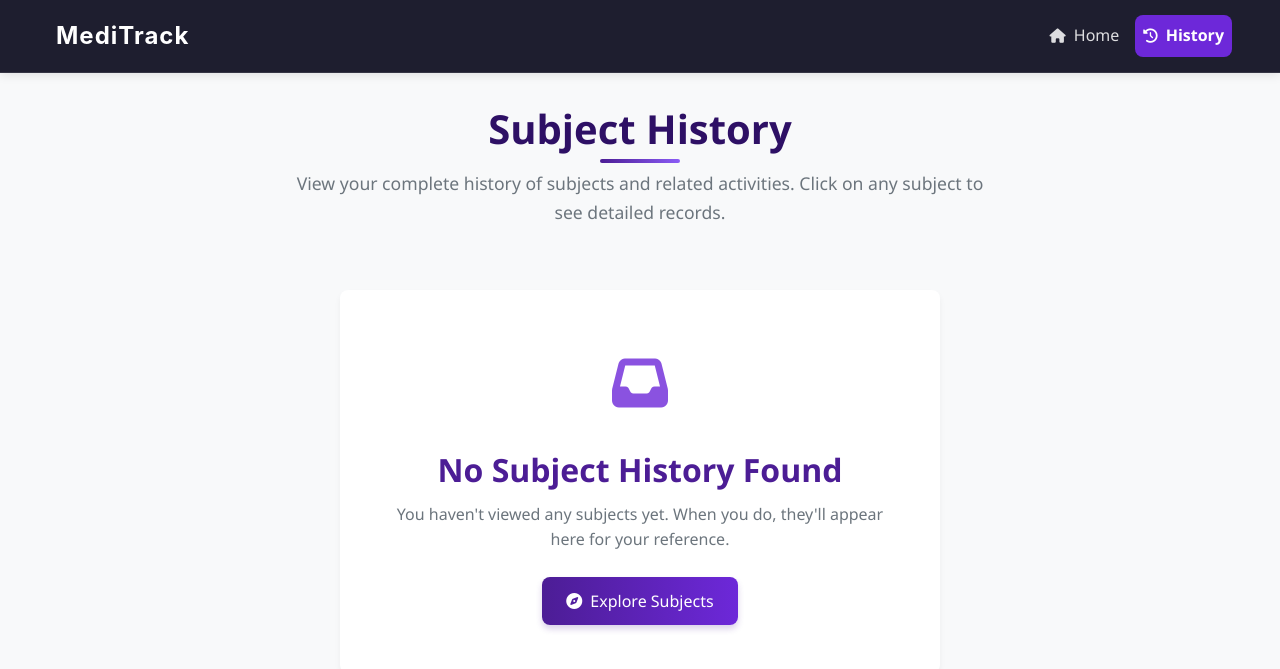
Repository: krishgobi/MedicoApp
Page: templates/subject_history.html
The author's editor kept a copy of each file at every save. The page is drawn from the files as they stood at one save, then again after the next save.
The browser window is 1280 px wide. The pictures show the whole page.
The page is served by the project's application, run on Flask 3 (chatbot_gemini_backend.py). The template is opened directly, without the code that normally fills it, so the values that code supplies are empty.

Above is the page before, as saved 2025-06-24 19:39:53.

### templates/subject_history.html
<!DOCTYPE html>
<html lang="en">
<head>
    <meta charset="UTF-8">
    <meta name="viewport" content="width=device-width, initial-scale=1.0">
    <title>Subject History</title>
    <!-- Bootstrap 5 CSS -->
    <link href="https://cdn.jsdelivr.net/npm/bootstrap@5.3.0-alpha1/dist/css/bootstrap.min.css" rel="stylesheet">
    <!-- Font Awesome -->
    <link rel="stylesheet" href="https://cdnjs.cloudflare.com/ajax/libs/font-awesome/6.4.0/css/all.min.css">
    <!-- Custom CSS -->
    <style>
        :root {
            --primary: #4c1d95;
            --primary-light: #6d28d9;
            --primary-lighter: #8b5cf6;
            --primary-dark: #2e1065;
            --secondary: #f0f2f5;
            --secondary-dark: #e2e6ea;
            --dark: #1e1e2f;
            --dark-light: #2d2d42;
            --light: #ffffff;
            --gray: #6c757d;
            --gray-light: #adb5bd;
            --success: #28a745;
            --info: #17a2b8;
            --border-radius: 0.5rem;
            --box-shadow: 0 4px 6px rgba(0, 0, 0, 0.05);
            --box-shadow-hover: 0 10px 15px rgba(0, 0, 0, 0.1);
            --transition: all 0.2s ease-in-out;
        }

        body {
            font-family: 'Segoe UI', 'Inter', -apple-system, BlinkMacSystemFont, sans-serif;
            background-color: #f8f9fa;
            color: #212529;
            line-height: 1.6;
        }

        /* Top Navigation - Modern Design */
        .top-navbar {
            background-color: var(--dark);
            color: white;
            padding: 0.75rem 2rem;
            position: sticky;
            top: 0;
            z-index: 1000;
            box-shadow: 0 2px 10px rgba(0, 0, 0, 0.1);
            border-bottom: 1px solid rgba(255, 255, 255, 0.1);
        }

        .navbar-brand {
            font-weight: 700;
            font-size: 1.25rem;
            display: flex;
            align-items: center;
            transition: var(--transition);
            font-family: 'Inter', 'Roboto', 'Segoe UI', -apple-system, BlinkMacSystemFont, sans-serif;
            letter-spacing: 1px;
        }

        .navbar-brand:hover {
            opacity: 0.9;
        }

        .navbar-brand i {
            margin-right: 0.75rem;
            color: var(--primary-lighter);
        }

        .nav-link {
            color: rgba(255, 255, 255, 0.85);
            padding: 0.5rem 1.25rem;
            font-weight: 500;
            border-radius: var(--border-radius);
            transition: var(--transition);
            display: flex;
            align-items: center;
            margin: 0 0.25rem;
        }

        .nav-link i {
            margin-right: 0.5rem;
            font-size: 0.9em;
        }

        .nav-link:hover {
            color: white;
            background-color: rgba(255, 255, 255, 0.1);
        }

        .nav-link.active {
            color: white;
            background-color: var(--primary-light);
            font-weight: 600;
        }

        /* Main Content - Modern Layout */
        .main-content {
            padding: 2rem;
            max-width: 1400px;
            margin: 0 auto;
        }

        /* Page Header - Modern Design */
        .page-header {
            text-align: center;
            margin-bottom: 3rem;
            position: relative;
            padding-bottom: 1rem;
        }

        .page-header h1 {
            font-weight: 700;
            color: var(--primary-dark);
            margin-bottom: 1rem;
            position: relative;
            display: inline-block;
        }

        .page-header h1::after {
            content: '';
            position: absolute;
            bottom: -10px;
            left: 50%;
            transform: translateX(-50%);
            width: 80px;
            height: 4px;
            background: linear-gradient(90deg, var(--primary) 0%, var(--primary-lighter) 100%);
            border-radius: 2px;
        }

        .page-header p {
            color: var(--gray);
            font-size: 1.1rem;
            max-width: 700px;
            margin: 0 auto;
        }

        /* Subject Cards - Modern Card Design */
        .subject-card {
            border: none;
            border-radius: var(--border-radius);
            box-shadow: var(--box-shadow);
            transition: var(--transition);
            background: var(--light);
            overflow: hidden;
            height: 100%;
            display: flex;
            flex-direction: column;
            border-left: 4px solid var(--primary);
        }

        .subject-card:hover {
            transform: translateY(-5px);
            box-shadow: var(--box-shadow-hover);
            border-left-color: var(--primary-light);
        }

        .subject-card-body {
            padding: 1.5rem;
            flex: 1;
        }

        .subject-name {
            color: var(--primary);
            font-weight: 700;
            margin-bottom: 1rem;
            font-size: 1.25rem;
        }

        .subject-name a {
            color: inherit;
            text-decoration: none;
            transition: var(--transition);
            display: inline-block;
        }

        .subject-name a:hover {
            color: var(--primary-light);
            transform: translateX(5px);
        }

        .subject-detail {
            color: var(--gray);
            font-size: 0.9rem;
            margin-bottom: 0.75rem;
            display: flex;
            align-items: flex-start;
        }

        .subject-detail strong {
            color: var(--dark);
            min-width: 90px;
            display: inline-block;
        }

        .subject-detail i {
            margin-right: 0.5rem;
            color: var(--primary-light);
            width: 16px;
            text-align: center;
        }

        .subject-meta {
            display: flex;
            align-items: center;
            margin-top: 1.5rem;
            padding-top: 1rem;
            border-top: 1px solid var(--secondary-dark);
            color: var(--gray);
            font-size: 0.85rem;
        }

        .subject-meta i {
            margin-right: 0.5rem;
            color: var(--primary-light);
        }

        /* No Records - Modern Empty State */
        .no-records {
            text-align: center;
            padding: 3rem;
            background-color: white;
            border-radius: var(--border-radius);
            box-shadow: var(--box-shadow);
            max-width: 600px;
            margin: 0 auto;
        }

        .no-records-icon {
            font-size: 3.5rem;
            color: var(--primary-light);
            margin-bottom: 1.5rem;
            opacity: 0.8;
        }

        .no-records h2 {
            font-weight: 600;
            color: var(--primary);
            margin-bottom: 0.75rem;
        }

        .no-records p {
            color: var(--gray);
            margin: 0 auto 1.5rem;
        }

        .btn-explore {
            background: linear-gradient(90deg, var(--primary) 0%, var(--primary-light) 100%);
            color: white;
            font-weight: 500;
            padding: 0.75rem 1.5rem;
            border: none;
            border-radius: var(--border-radius);
            transition: var(--transition);
            display: inline-flex;
            align-items: center;
            box-shadow: 0 4px 6px rgba(76, 29, 149, 0.2);
        }

        .btn-explore:hover {
            transform: translateY(-2px);
            box-shadow: 0 6px 12px rgba(76, 29, 149, 0.25);
        }

        .btn-explore i {
            margin-right: 0.5rem;
        }

        /* Animation */
        @keyframes fadeIn {
            from { opacity: 0; transform: translateY(10px); }
            to { opacity: 1; transform: translateY(0); }
        }

        .fade-in {
            animation: fadeIn 0.4s ease-out;
        }

        /* Responsive */
        @media (max-width: 992px) {
            .main-content {
                padding: 1.5rem;
            }

            .top-navbar {
                padding: 0.75rem 1rem;
            }
        }

        @media (max-width: 768px) {
            .main-content {
                padding: 1rem;
            }

            .page-header {
                margin-bottom: 2rem;
            }

            .page-header h1 {
                font-size: 1.75rem;
            }

            .no-records {
                padding: 2rem 1rem;
            }

            .nav-link {
                padding: 0.5rem;
                margin: 0.25rem 0;
            }
        }

        /* Custom Scrollbar */
        ::-webkit-scrollbar {
            width: 8px;
            height: 8px;
        }

        ::-webkit-scrollbar-track {
            background: var(--secondary);
            border-radius: 10px;
        }

        ::-webkit-scrollbar-thumb {
            background: var(--primary-light);
            border-radius: 10px;
        }

        ::-webkit-scrollbar-thumb:hover {
            background: var(--primary);
        }

        .sidebar-brand, .navbar-brand, .sidebar-header h2 {
            font-family: 'Inter', 'Roboto', 'Segoe UI', -apple-system, BlinkMacSystemFont, sans-serif;
            font-size: 1.5rem;
            font-weight: 700;
            letter-spacing: 1px;
            color: white;
            display: flex;
            align-items: center;
        }
    </style>
</head>
<body>
    <!-- Top Navigation - Modern Design -->
    <nav class="top-navbar navbar navbar-expand-lg navbar-dark">
        <div class="container-fluid">
            <a class="navbar-brand" href="#">
                <i class="fas heartbeat"></i>MediTrack
            </a>
            <button class="navbar-toggler" type="button" data-bs-toggle="collapse" data-bs-target="#navbarNav">
                <span class="navbar-toggler-icon"></span>
            </button>
            <div class="collapse navbar-collapse" id="navbarNav">
                <ul class="navbar-nav ms-auto">
                    <li class="nav-item">
                        <a class="nav-link" href="{{url_for('dashboard')}}">
                            <i class="fas fa-home"></i> Home
                        </a>
                    </li>
                    <li class="nav-item">
                        <a class="nav-link active" href="{{ url_for('subject_history_page') }}">
                            <i class="fas fa-history"></i> History
                        </a>
                    </li>
                </ul>
            </div>
        </div>
    </nav>

    <!-- Main Content -->
    <div class="main-content">
        <div class="container">
            <!-- Page Header -->
            <div class="page-header fade-in">
                <h1>Subject History</h1>
                <p>View your complete history of subjects and related activities. Click on any subject to see detailed records.</p>
            </div>

            <!-- Subject Grid -->
            {% if subjects %}
                <div class="row g-4">
                    {% for subject in subjects %}
                    <div class="col-md-6 col-lg-4 fade-in" style="animation-delay: {{ loop.index * 0.1 }}s">
                        <div class="subject-card">
                            <div class="subject-card-body">
                                <h3 class="subject-name">
                                    <a href="{{ url_for('view_subject_details', subject_name=subject.namesub) }}">
                                        {{ subject.namesub }}
                                    </a>
                                </h3>
                                <p class="subject-detail">
                                    <strong><i class="fas fa-user-md"></i>Staff:</strong>
                                    <span>{{ subject.staffname }}</span>
                                </p>
                                <p class="subject-detail">
                                    <strong><i class="fas fa-calendar-day"></i>Exam Date:</strong>
                                    <span>{{ subject.examdate }}</span>
                                </p>
                                <p class="subject-detail">
                                    <strong><i class="fas fa-sticky-note"></i>Notes:</strong>
                                    <span>{{ subject.note|truncate(50) }}</span>
                                </p>

                                <div class="subject-meta">
                                    <i class="fas fa-clock"></i>
                                    <span>Last updated: {{ subject.last_updated|default('Recently', true) }}</span>
                                </div>
                            </div>
                        </div>
                    </div>
                    {% endfor %}
                </div>
            {% else %}
                <!-- No Records -->
                <div class="no-records fade-in">
                    <div class="no-records-icon">
                        <i class="fas fa-inbox"></i>
                    </div>
                    <h2>No Subject History Found</h2>
                    <p>You haven't viewed any subjects yet. When you do, they'll appear here for your reference.</p>
                    <a href="{{url_for('dashboard')}}" class="btn btn-explore">
                        <i class="fas fa-compass"></i> Explore Subjects
                    </a>
                </div>
            {% endif %}
        </div>
    </div>

    <!-- Bootstrap JS Bundle with Popper -->
    <script src="https://cdn.jsdelivr.net/npm/bootstrap@5.3.0-alpha1/dist/js/bootstrap.bundle.min.js"></script>

    <script>
        // Initialize tooltips
        const tooltipTriggerList = [].slice.call(document.querySelectorAll('[data-bs-toggle="tooltip"]'));
        tooltipTriggerList.map(function (tooltipTriggerEl) {
            return new bootstrap.Tooltip(tooltipTriggerEl);
        });

        // Add animation class to cards as they come into view
        document.addEventListener('DOMContentLoaded', function() {
            const cards = document.querySelectorAll('.subject-card');

            const observer = new IntersectionObserver((entries) => {
                entries.forEach(entry => {
                    if (entry.isIntersecting) {
                        entry.target.classList.add('fade-in');
                        observer.unobserve(entry.target);
                    }
                });
            }, { threshold: 0.1 });

            cards.forEach(card => {
                observer.observe(card);
            });
        });
    </script>
</body>
</html>

### chatbot_gemini_backend.py
import os
from flask import Flask, request, jsonify
import requests

app = Flask(__name__)
GEMINI_API_KEY = "AIzaSyABcdZqp5FYzjKqQYEJc234YDbd123Uxa8"
GEMINI_API_URL = "https://aistudio.google.com/apikey"

@app.route('/chatbot-gemini', methods=['POST'])
def chatbot_gemini():
    data = request.json
    user_message = data.get('message', '')
    project_context = data.get('context', '')
    prompt = f"User: {user_message}\nProject Data: {project_context}\nAssistant:"
    payload = {
        "contents": [{"parts": [{"text": prompt}]}]
    }
    try:
        resp = requests.post(GEMINI_API_URL, json=payload)
        resp.raise_for_status()
        gemini_reply = resp.json()['candidates'][0]['content']['parts'][0]['text']
        return jsonify({"reply": gemini_reply})
    except Exception as e:
        return jsonify({"reply": "Sorry, I couldn't reach Gemini API. (" + str(e) + ")"}), 500

if __name__ == '__main__':
    app.run(debug=True)

After the next save:
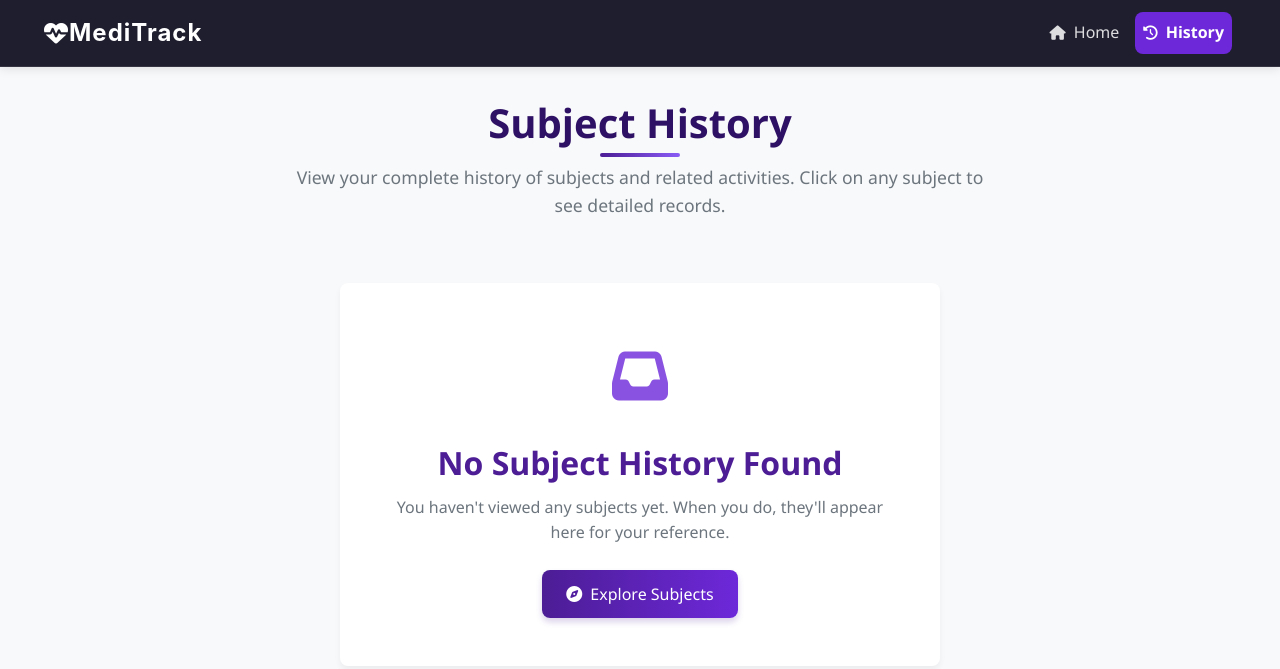
Saved 2 min 3 s later.
--- a/templates/subject_history.html
+++ b/templates/subject_history.html
@@ -347,9 +347,9 @@
     <!-- Top Navigation - Modern Design -->
     <nav class="top-navbar navbar navbar-expand-lg navbar-dark">
         <div class="container-fluid">
-            <a class="navbar-brand" href="#">
-                <i class="fas heartbeat"></i>MediTrack
-            </a>
+            <a href="#" class="sidebar-brand text-decoration-none">
+            <i class="fas fa-heartbeat"></i> MediTrack
+        </a>
             <button class="navbar-toggler" type="button" data-bs-toggle="collapse" data-bs-target="#navbarNav">
                 <span class="navbar-toggler-icon"></span>
             </button>
